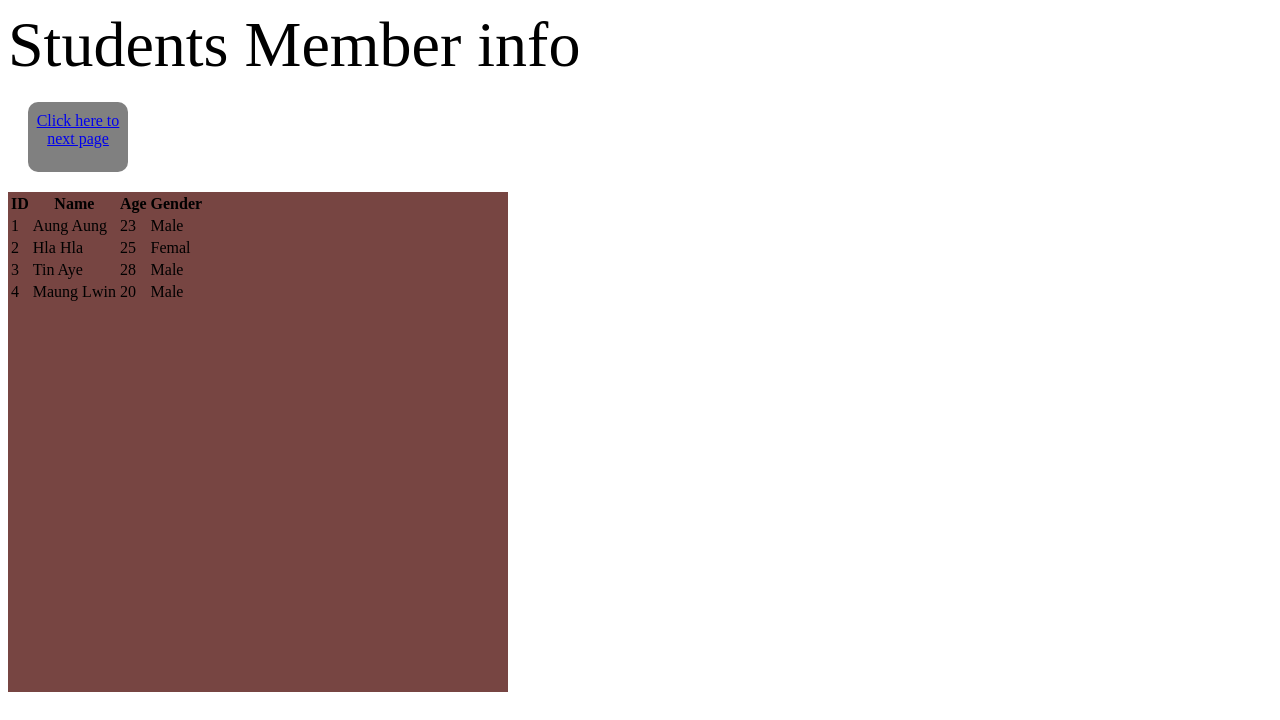
Repository: ThantLwinSoe/Servlet
Page: 01-Communication/src/main/webapp/index.html
The author's editor kept a copy of each file at every save. The page is drawn from the files as they stood at one save, then again after the next save.
The browser window is 1280 px wide. The pictures show the whole page.

Above is the page before, as saved 2023-02-07 02:45:38.

After the next save:
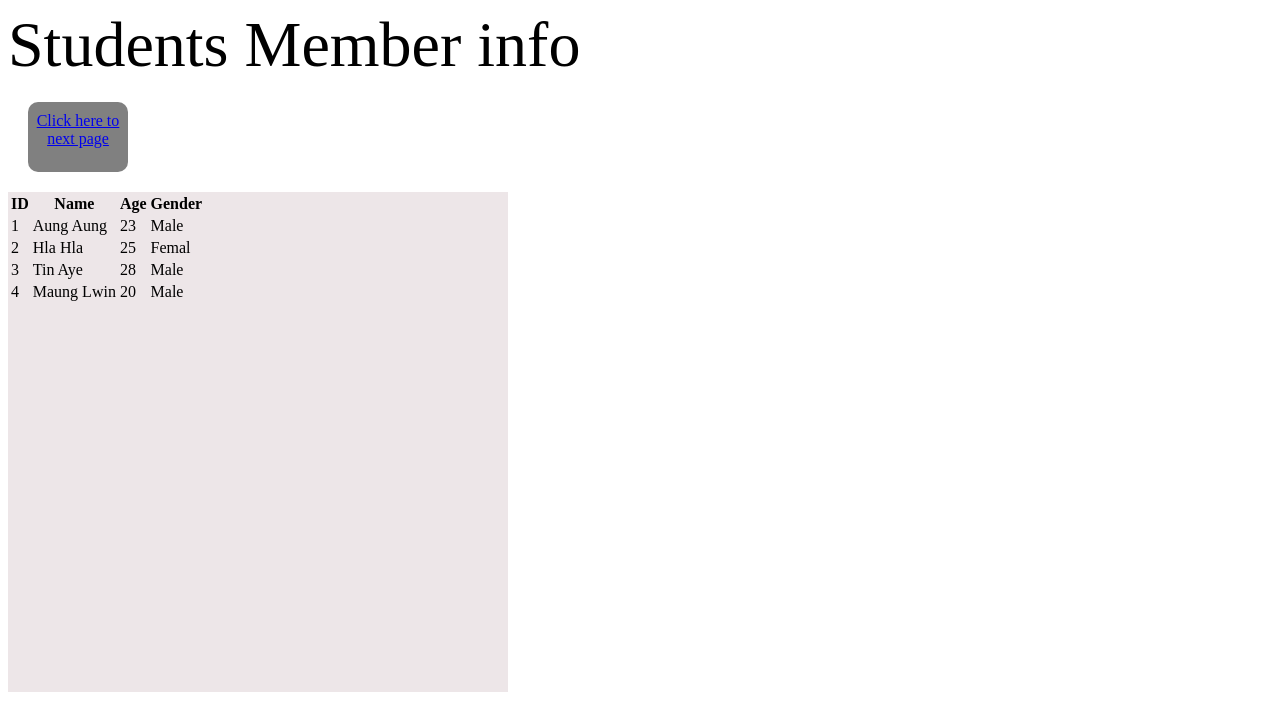
Saved 10 s later.
--- a/01-Communication/src/main/webapp/index.html
+++ b/01-Communication/src/main/webapp/index.html
@@ -20,7 +20,7 @@ h {
 	margin-top: 20px;
 	width: 500px;
 	height: 500px;
-	background: #774542;
+	background: #7452;
 }
 </style>
 <title>Servlet Communication</title>
